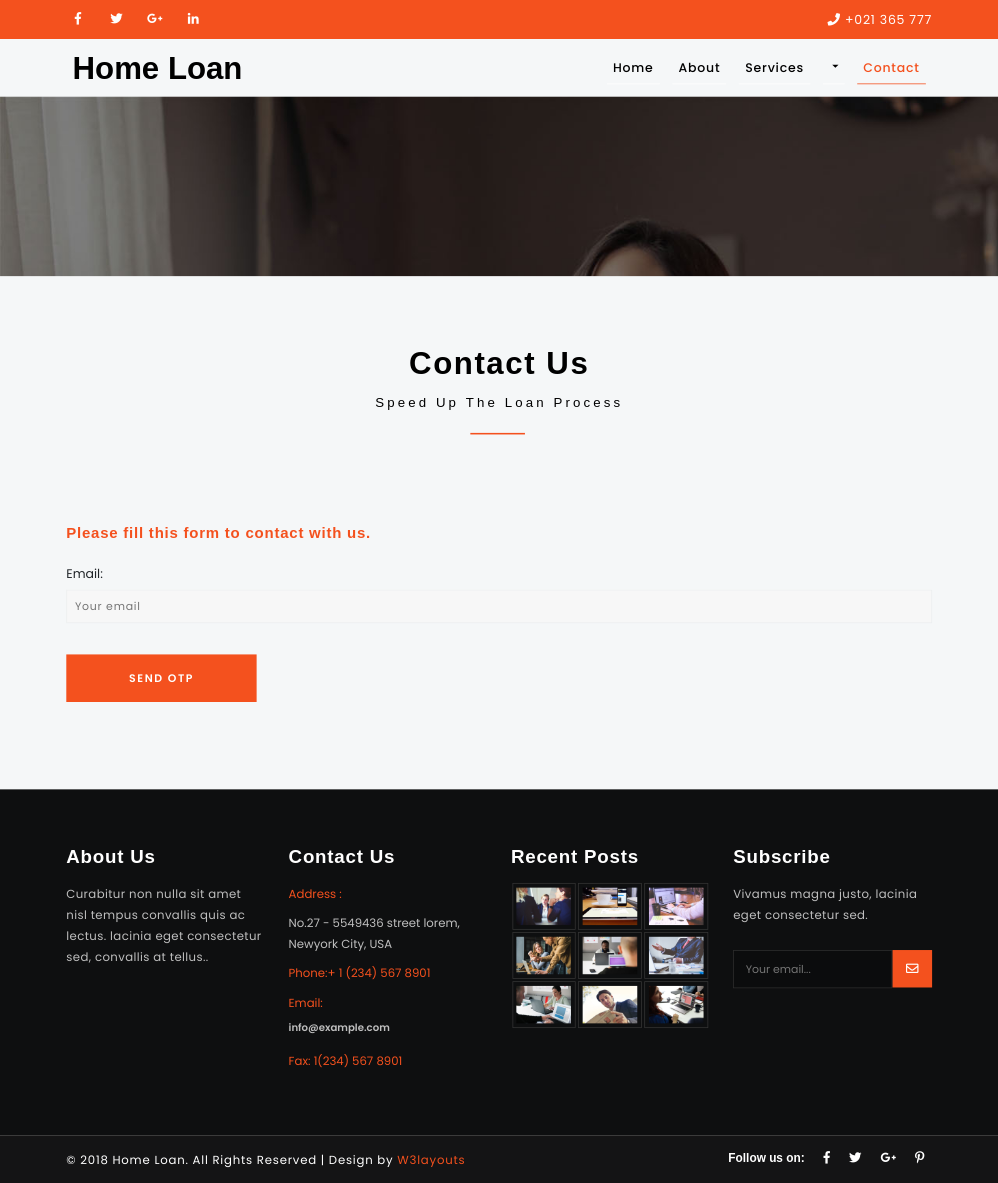
Repository: 72-faisal/Spring-MVC-project
Page: http://localhost/HomeLoan/WEB-INF/views/VerifyOTP.jsp
These files come from the project's save history. The page is drawn as it stood at one moment and after the next save; the edit follows.
The browser window is 1280 px wide. The pictures show the whole page, at 78% of full size.
Some web fonts or font styles are not loaded; a fallback is used. The page is served by Tomcat 9. Nobody is signed in. Other server files are loaded and not shown. The template is opened directly, without the code that normally fills it, so the values that code supplies are empty.

Above is the page before, as saved 2023-12-27 13:50:41.

### HomeLoan/src/main/webapp/WEB-INF/views/VerifyOTP.jsp
<%@page import="com.model.User"%>
<%@ page language="java" contentType="text/html; charset=ISO-8859-1"
	pageEncoding="ISO-8859-1"%>
<%@ page isELIgnored="false"%>
<!--
Author: W3layouts
Author URL: http://w3layouts.com
License: Creative Commons Attribution 3.0 Unported
License URL: http://creativecommons.org/licenses/by/3.0/
-->
<!DOCTYPE HTML>
<html lang="zxx">

<head>
<title>Home Loan a Banking Category Flat Bootstrap Responsive
	Website Template | Contact :: w3layouts</title>
<meta name="viewport" content="width=device-width, initial-scale=1">
<meta charset="utf-8">
<meta name="keywords"
	content="Home Loan Responsive web template, Bootstrap Web Templates, Flat Web Templates, Android Compatible web template,
SmartPhone Compatible web template, free WebDesigns for Nokia, Samsung, LG, SonyEricsson, Motorola web design" />
<script>
	addEventListener("load", function() {
		setTimeout(hideURLbar, 0);
	}, false);

	function hideURLbar() {
		window.scrollTo(0, 1);
	}
</script>

<!-- Bootstrap Core CSS -->
<link href="<%=request.getContextPath()%>/resources/css/bootstrap.css"
	rel='stylesheet' type='text/css' />
<link href="<%=request.getContextPath()%>/resources/css/style.css"
	rel='stylesheet' type='text/css' />
<!-- font-awesome icons -->
<link
	href="<%=request.getContextPath()%>/resources/css/fontawesome-all.min.css"
	rel="stylesheet">
<!-- //Custom Theme files -->
<!-- online fonts -->
<!-- titles -->
<link
	href="//fonts.googleapis.com/css?family=Raleway:300,400,500,600,700,800,900"
	rel="stylesheet">
<!-- body -->
<link
	href="//fonts.googleapis.com/css?family=Poppins:400,500,600,700,800"
	rel="stylesheet">
</head>

<body>
	<%-- 	<%
   User u = null;
   if(session.getAttribute("user")!=null){
	   u = (User)session.getAttribute("user");
   }
   else{
	   response.sendRedirect("UserLogin");
   }
   %>
 --%>
	<!-- header -->
	<header>
		<div class="top">
			<div class="container">
				<div class="t-op row">
					<div class="col-sm-6 top-middle">
						<ul>
							<li><a href="#"><i class="fab fa-facebook-f"></i></a></li>
							<li><a href="#"><i class="fab fa-twitter"></i></a></li>
							<li><a href="#"><i class="fab fa-google-plus-g"></i></a></li>
							<li><a href="#"><i class="fab fa-linkedin-in"></i></a></li>
						</ul>
					</div>
					<div class="col-sm-6 top-left">
						<ul>
							<li><i class="fas fa-phone"></i> +021 365 777</li>
						</ul>
					</div>
				</div>
			</div>
		</div>
		<div class="container">
			<nav class="navbar navbar-expand-lg navbar-light">
				<h1>
					<a class="navbar-brand text-capitalize" href=index> Home Loan </a>
				</h1>
				<button class="navbar-toggler" type="button" data-toggle="collapse"
					data-target="#navbarSupportedContent"
					aria-controls="navbarSupportedContent" aria-expanded="false"
					aria-label="Toggle navigation">
					<span class="navbar-toggler-icon"></span>
				</button>

				<div class="collapse navbar-collapse" id="navbarSupportedContent">
					<ul class="navbar-nav text-center  ml-lg-auto">
						<li class="nav-item mr-3"><a class="nav-link" href=index>Home
								<span class="sr-only">(current)</span>
						</a></li>
						<li class="nav-item  mr-3"><a class="nav-link" href="about">About</a>
						</li>
						<li class="nav-item  mr-3"><a class="nav-link"
							href="services">Services</a></li>
						<li class="nav-item dropdown mr-3"><a
							class="nav-link dropdown-toggle" href="#" id="navbarDropdown"
							role="button" data-toggle="dropdown" aria-haspopup="true"
							aria-expanded="false"> ${user.name } </a>
							<div class="dropdown-menu" aria-labelledby="navbarDropdown">
								<a class="dropdown-item" href="UserProfile">Profile</a> <a
									class="dropdown-item" href="UserChangePassword">Change
									Password</a> <a class="dropdown-item" href="UserLogout">Logout</a>
								<!-- <a class="dropdown-item" href="EmployeeRegister">Employee</a> -->
							</div></li>
						<li class="nav-item active"><a class="nav-link"
							href="contact">contact</a></li>
					</ul>
				</div>
			</nav>
		</div>
	</header>
	<!-- //header -->
	<!-- banner -->
	<section class="banner-1"></section>
	<!-- //banner -->
	<!--/contact-->
	<section class="contact py-5">
		<div class="container py-md-4 mt-md-3">
			<h2 class="heading-agileinfo">
				Contact Us<span>Speed Up The Loan Process</span>
			</h2>
			<span class="w3-line black"></span>
			<div class="inner-sec-w3layouts-agileinfo mt-md-5 pt-5">

				<div class="contact_grid_right mt-5">
					<h6>Please fill this form to contact with us.</h6>
					<form action="verfiyOTP" method="post">
						<div class="contact_left_grid">
							<input type="hidden" id="email" name="email" value="${email}">
							<input type="hidden" id="otp1" name="otp" value="${otp}">
							<div class="form-group">
								<label for="email">Email:</label> <input type="email" id="email"
									name="email" placeholder="Your email" required="">
							</div>
							<br> <input type="submit" value="Send OTP">
							<div class="clearfix"></div>
							<br>

						</div>
					</form>
				</div>
			</div>
		</div>
	</section>
	<!--//contact-->
	<!--footer-->
	<footer>
		<div class="container py-md-4 mt-md-3">
			<div class="row footer-top-w3layouts-agile py-5">
				<div class="col-lg-3 col-md-6 col-sm-6 footer-grid">
					<div class="footer-title">
						<h3>About Us</h3>
					</div>
					<div class="footer-text">
						<p>Curabitur non nulla sit amet nisl tempus convallis quis ac
							lectus. lacinia eget consectetur sed, convallis at tellus..</p>

					</div>
				</div>
				<div class="col-lg-3 col-md-6 col-sm-6 footer-grid">
					<div class="footer-title">
						<h3>Contact Us</h3>
					</div>
					<div class="footer-office-hour">
						<ul>
							<li class="hd">Address :</li>
							<li>No.27 - 5549436 street lorem, Newyork City, USA</li>

						</ul>
						<ul>
							<li class="hd">Phone:+ 1 (234) 567 8901</li>
							<li class="hd">Email: <a href="mailto:info@example.com">info@example.com</a>
							</li>
							<li class="hd">Fax: 1(234) 567 8901</li>
						</ul>
					</div>
				</div>
				<div class="col-lg-3 col-md-6 col-sm-6 footer-grid">
					<div class="footer-title">
						<h3>Recent Posts</h3>
					</div>
					<div class="footer-list">
						<div class="flickr-grid">
							<a href="#" data-toggle="modal" data-target="#myModal"> <img
								src="<%=request.getContextPath()%>/resources/images/g1.jpg"
								class="img-fluid" alt=" ">
							</a>
						</div>
						<div class="flickr-grid">
							<a href="#" data-toggle="modal" data-target="#myModal"> <img
								src="<%=request.getContextPath()%>/resources/images/g2.jpg"
								class="img-fluid" alt=" ">
							</a>
						</div>
						<div class="flickr-grid">
							<a href="#" data-toggle="modal" data-target="#myModal"> <img
								src="<%=request.getContextPath()%>/resources/images/g3.jpg"
								class="img-fluid" alt=" ">
							</a>
						</div>
						<div class="flickr-grid">
							<a href="#" data-toggle="modal" data-target="#myModal"> <img
								src="<%=request.getContextPath()%>/resources/images/g4.jpg"
								class="img-fluid" alt=" ">
							</a>
						</div>
						<div class="flickr-grid">
							<a href="#" data-toggle="modal" data-target="#myModal"> <img
								src="<%=request.getContextPath()%>/resources/images/g5.jpg"
								class="img-fluid" alt=" ">
							</a>
						</div>
						<div class="flickr-grid">
							<a href="#" data-toggle="modal" data-target="#myModal"> <img
								src="<%=request.getContextPath()%>/resources/images/g6.jpg"
								class="img-fluid" alt=" ">
							</a>
						</div>
						<div class="flickr-grid">
							<a href="#" data-toggle="modal" data-target="#myModal"> <img
								src="<%=request.getContextPath()%>/resources/images/g7.jpg"
								class="img-fluid" alt=" ">
							</a>
						</div>
						<div class="flickr-grid">
							<a href="#" data-toggle="modal" data-target="#myModal"> <img
								src="<%=request.getContextPath()%>/resources/images/g9.jpg"
								class="img-fluid" alt=" ">
							</a>
						</div>
						<div class="flickr-grid">
							<a href="#" data-toggle="modal" data-target="#myModal"> <img
								src="<%=request.getContextPath()%>/resources/images/g8.jpg"
								class="img-fluid" alt=" ">
							</a>
						</div>
						<div class="clearfix"></div>
					</div>
				</div>
				<div class="col-lg-3 col-md-6 col-sm-6 footer-grid">
					<div class="footer-title">
						<h3>Subscribe</h3>
					</div>
					<p>Vivamus magna justo, lacinia eget consectetur sed.</p>
					<form action="#" method="post" class="newsletter">
						<input class="email" type="email" placeholder="Your email..."
							required="">
						<button class="btn1">
							<i class="far fa-envelope"></i>
						</button>
					</form>
					<div class="clearfix"></div>
				</div>
			</div>
		</div>
	</footer>
	<!---->
	<div class="copyright py-3">
		<div class="container">
			<div class="copyrighttop">
				<ul>
					<li>
						<h4>Follow us on:</h4>
					</li>
					<li><a class="facebook" href="#"> <i
							class="fab fa-facebook-f"></i>
					</a></li>
					<li><a class="facebook" href="#"> <i
							class="fab fa-twitter"></i>
					</a></li>
					<li><a class="facebook" href="#"> <i
							class="fab fa-google-plus-g"></i>
					</a></li>
					<li><a class="facebook" href="#"> <i
							class="fab fa-pinterest-p"></i>
					</a></li>
				</ul>
			</div>
			<div class="copyrightbottom">
				<p>
					© 2018 Home Loan. All Rights Reserved | Design by <a
						href="http://w3layouts.com/">W3layouts</a>
				</p>
			</div>
			<div class="clearfix"></div>
		</div>
	</div>
	<!-- Modal -->
	<div class="modal fade" id="myModal" tabindex="-1" role="dialog"
		aria-labelledby="exampleModalCenterTitle" aria-hidden="true">
		<div class="modal-dialog modal-dialog-centered" role="document">
			<div class="modal-content">
				<div class="modal-header">
					<h4 class="modal-title">Home Loan</h4>
					<button type="button" class="close" data-dismiss="modal"
						aria-label="Close">
						<span aria-hidden="true">&times;</span>
					</button>
				</div>
				<div class="modal-body">
					<div class="agileits-w3layouts-info">
						<img src="<%=request.getContextPath()%>/resources/images/g6.jpg"
							class="img-fluid" alt="" />
						<p>Duis venenatis, turpis eu bibendum porttitor, sapien quam
							ultricies tellus, ac rhoncus risus odio eget nunc. Pellentesque
							ac fermentum diam. Integer eu facilisis nunc, a iaculis felis.
							Pellentesque pellentesque tempor enim, in dapibus turpis
							porttitor quis.</p>
					</div>
				</div>
				<div class="modal-footer">
					<button type="button" class="btn btn-secondary"
						data-dismiss="modal">Close</button>
					<button type="button" class="btn btn-primary">Save changes</button>
				</div>
			</div>
		</div>
	</div>
	<!-- //Modal -->
	<!-- js-->
	<script
		src="<%=request.getContextPath()%>/resources/js/jquery-2.2.3.min.js"></script>
	<!-- js-->
	<!-- Bootstrap Core JavaScript -->
	<script src="<%=request.getContextPath()%>/resources/js/bootstrap.js ">

	</script>
	<!-- //Bootstrap Core JavaScript -->
</body>
</html>

Loaded but not shown: HomeLoan/src/main/webapp/WEB-INF/resources/assets/css/bootstrap.css (library); HomeLoan/src/main/webapp/WEB-INF/resources/assets/css/fontawesome-all.min.css (library); HomeLoan/src/main/webapp/WEB-INF/resources/assets/js/jquery-2.2.3.min.js (library); HomeLoan/src/main/webapp/WEB-INF/resources/assets/js/bootstrap.js (library); HomeLoan/src/main/webapp/WEB-INF/resources/assets/css/style.css (2094 lines, source omitted)

After the next save:
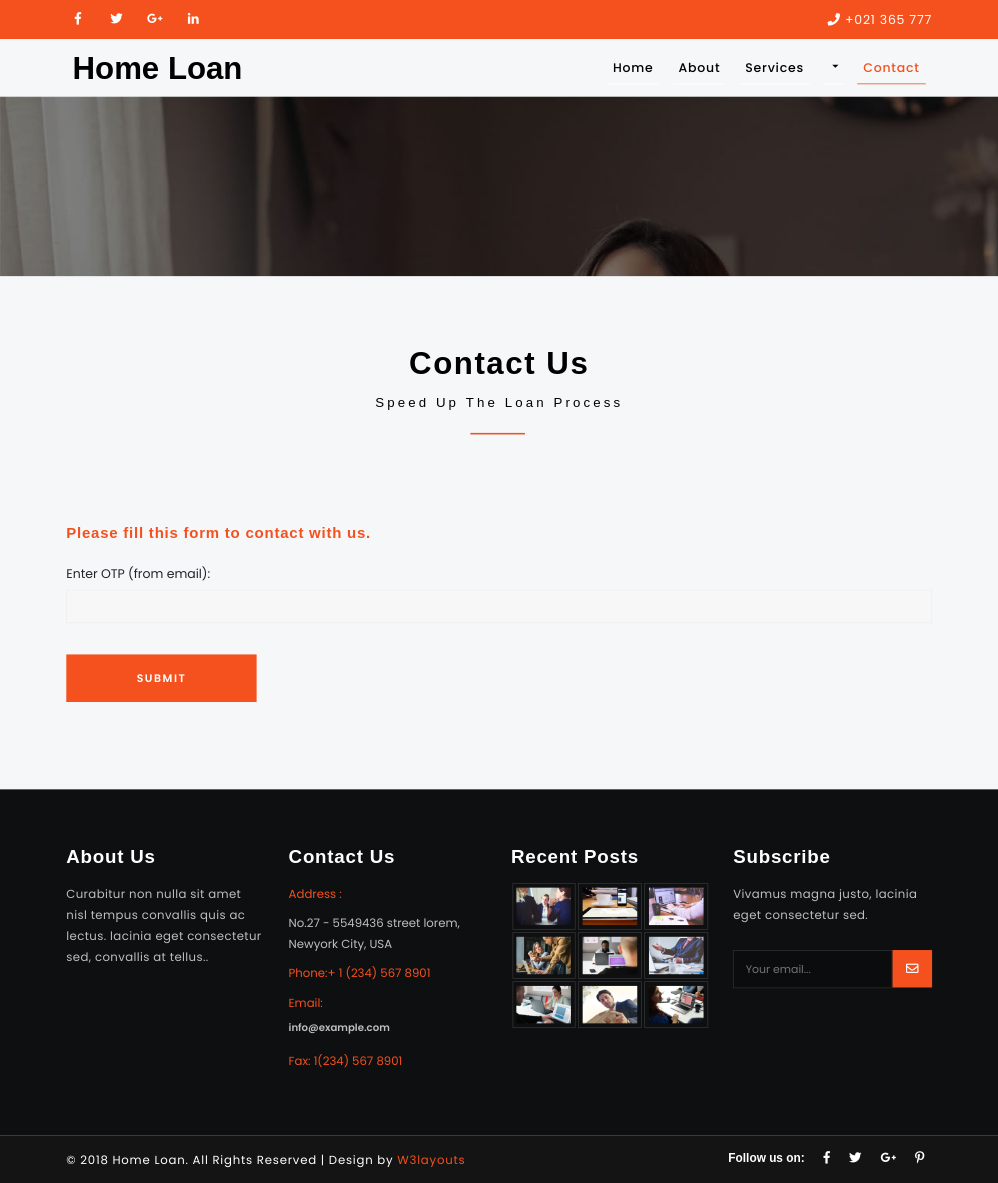
Saved 63 s later.
--- a/HomeLoan/src/main/webapp/WEB-INF/views/VerifyOTP.jsp
+++ b/HomeLoan/src/main/webapp/WEB-INF/views/VerifyOTP.jsp
@@ -140,10 +140,10 @@ SmartPhone Compatible web template, free WebDesigns for Nokia, Samsung, LG, Sony
 							<input type="hidden" id="email" name="email" value="${email}">
 							<input type="hidden" id="otp1" name="otp" value="${otp}">
 							<div class="form-group">
-								<label for="email">Email:</label> <input type="email" id="email"
-									name="email" placeholder="Your email" required="">
+								<label for="email">Enter OTP (from email):</label>
+								 <input type="email" id="email"	name="otp2"  required="">
 							</div>
-							<br> <input type="submit" value="Send OTP">
+							<br> <input type="submit" value="submit">
 							<div class="clearfix"></div>
 							<br>
 
